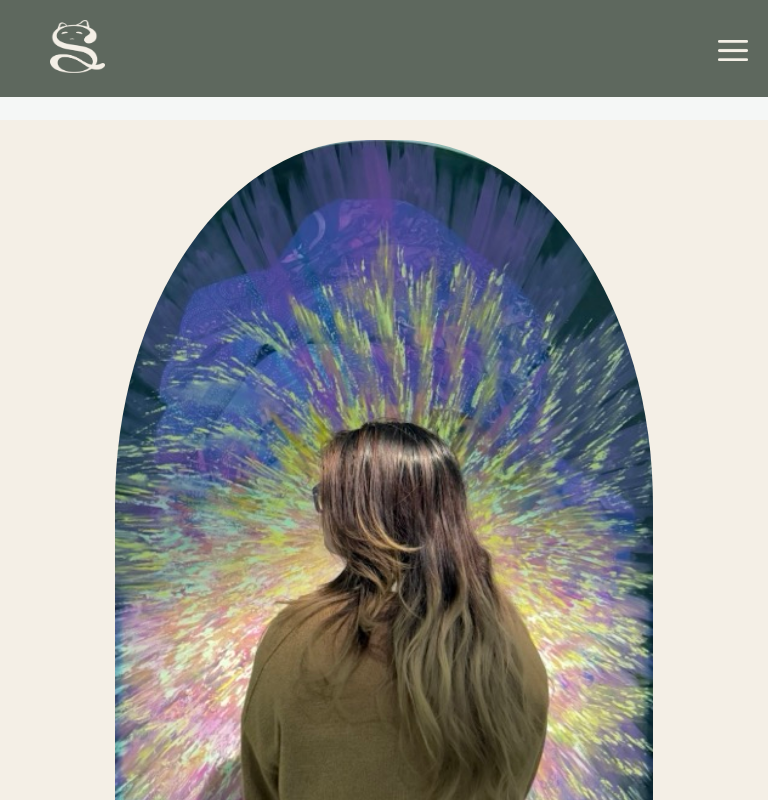
Repository: SandyLy453/portfolio
Page: /
An editor plug-in stored every save of this project. The page is shown before and after the next save, followed by the edit.
The browser window is 768 px wide. The pictures show the whole page.
An inner scrolling area shows only its first screen. The project was rebuilt for these pictures with package versions that can differ from the ones it lists, and the page was loaded fresh each time. The framework's server and built-in components were replaced by stand-ins that run in the browser. Also part of the build but not shown: next.config.mjs, modules/Footer/Footer.module.css, modules/Footer/Footer.js, modules/ProjectCard/ProjectCard.module.css, modules/ProjectCard/Projectcard.js.

Above is the page before, as saved 2025-02-17 17:22:39.

After the next save:
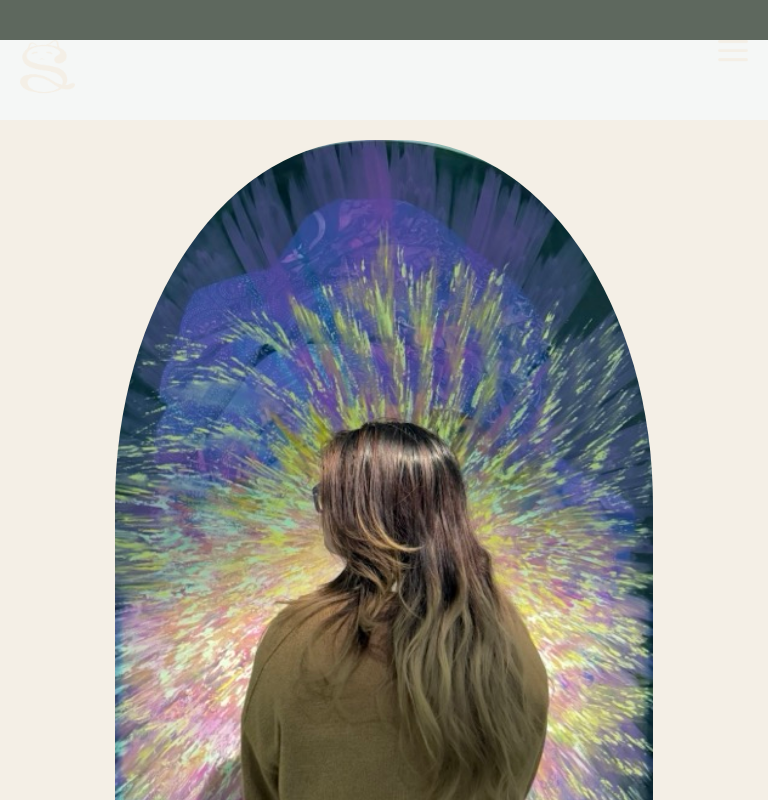
Saved 47 s later.
--- a/modules/Header/Header.module.css
+++ b/modules/Header/Header.module.css
@@ -85,6 +85,14 @@
         z-index: 10;
     }
 
+    .logoBox {
+        display: block;
+        position: absolute;
+        left: 20px;
+        top: 40px;
+        z-index: 10;
+    }
+
     .menu {
         display: none;
         flex-direction: column;
